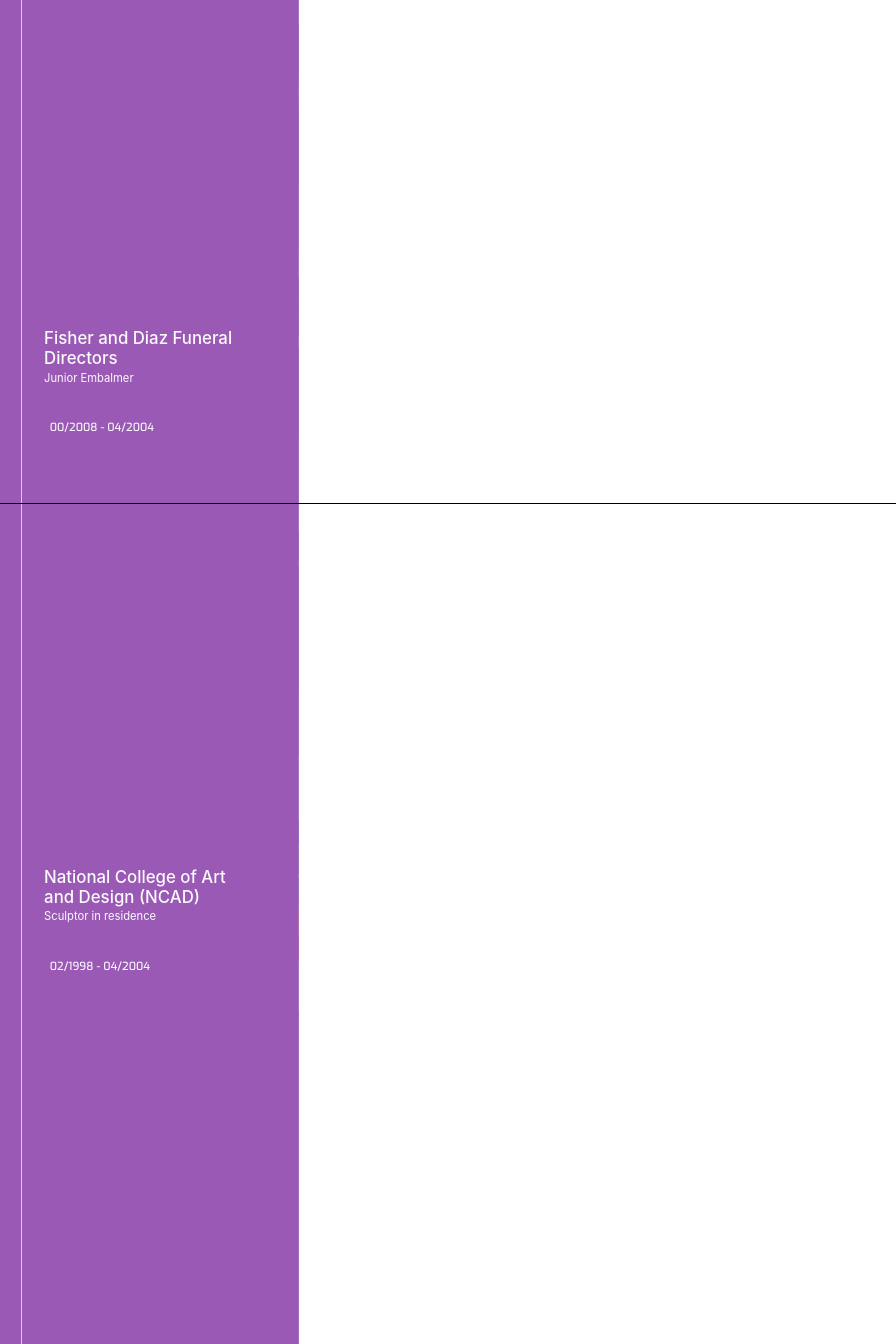
Repository: FirasH94/ResumeProject
Page: resume.html
The author's editor kept a record of every edit. The page is drawn from the files as they stood at one moment, then again after the next edit.
The browser window is 1280 px wide. The pictures show the part of the page from y = 1466 to 3386 px (the page is 3746 px tall), at 70% of full size.

Above is the page before.

### resume.html
<!DOCTYPE html>
<html lang="en">
<head>
    <meta charset="UTF-8">
    <meta name="viewport" content="width=device-width, initial-scale=1.0">
    <meta http-equiv="X-UA-Compatible" content="ie=edge">
    <link rel="stylesheet" href="https://stackpath.bootstrapcdn.com/bootstrap/4.3.1/css/bootstrap.min.css" type="text/css" />
    <link rel="stylesheet" href="https://stackpath.bootstrapcdn.com/font-awesome/4.7.0/css/font-awesome.min.css" type="text/css" />
    <link rel="stylesheet" href="https://cdnjs.cloudflare.com/ajax/libs/hover.css/2.3.1/css/hover-min.css" type="text/css" />
    <link rel="stylesheet" href="assets/css/style.css" type="text/css" />
    <title>Firas</title>
</head>
<body>
    <header>
        <div class="row no-gutters">
            <a href="index.html" class="col-md-4 logo">

            </a>
            <div class="col-md-8">
                <div class="row bg-color-name-title no-gutters">
                    <div class="col heading">
                        <h1 class="name">Firas Hazim</h1>
                        <h2 class="title">Full stack developer</h2>
                    </div>
                </div>
                <div class="row no-gutters">
                    <div class="col">
                        <ul id="nav" class="list-inline menucontainer">
                            <li class="col-6 col-sm-3 ui-menu-color-home list-inline-item menuitem hvr-sweep-to-bottom">
                                <a href="#"><i class="fa fa-home" aria-hidden="true"></i><span>Home</span></a>
                            </li>
                            <li class="col-6 col-sm-3 ui-menu-color-resume list-inline-item menuitem hvr-sweep-to-bottom">
                                <a href="#"><i class="fa fa-graduation-cap" aria-hidden="true"></i><span>Resume</span></a>
                            </li>
                            <li class="col-6 col-sm-3 ui-menu-color-contact list-inline-item menuitem hvr-sweep-to-bottom">
                                <a href="#"><i class="fa fa-comment-o" aria-hidden="true"></i><span>Contact</span></a>
                            </li>
                            <li class="col-6 col-sm-3 ui-menu-color-download list-inline-item menuitem hvr-sweep-to-bottom">
                                <a href="#"><i class="fa fa-download" aria-hidden="true"></i><span>Download</span></a>
                            </li>
                        </ul>
                    </div>
                </div>
            </div>
        </div>
    </header>
<section class="container-fluid">
        <div class="row">
            <div class="col-md-4 bg-color-work-history section-column">
                <div class="row">
                    <div class="col-12">
                        <h3 class="history-heading uppercase">
                            Work history
                        </h3>
                    </div>
                </div>
                    <div class="timeline-item" data-dates="02/1998 - 04/2004">
                        <h4>National College of Art and Design (NCAD)</h4>
                        <p>Sculptor in residence</p>
                        </div>
                        <div class="timeline-item" data-dates="04/2004 - 06/2008">
                            <h4>Fisher and Diaz Funeral Directors</h4>
                            <p>Junior Embalmer</p>
                        </div>
                        <div class="timeline-item" data-dates="00/2008 - 04/2004">
                            <h4>National College of Art and Design (NCAD)</h4>
                            <p>Sculptor in residence</p>
                        </div>
                        <div class="timeline-item" data-dates="02/1998 - 04/2004">
                            <h4>National College of Art and Design (NCAD)</h4>
                            <p>Sculptor in residence</p>
                        </div>
            </div>

            <div class="col-md-8 bg-color-three-reasons">
                <div class="row">
                    <div class="col">
                        <h3 class="section-heading uppercase">My Skills</h3>
                    </div>
                </div>
                <div class="row">
                    <div class="col-10 offset-1 offset-sm-0 col-sm-4 col-md-6">
                        <div class="row">
                            <div class="col-2">
                                <i class="three-reasons-icon fa fa-tv" aria-hidden="true"></i>
                            </div>
                            <div class="col-10">
                                <h4 class="three-reasons-heading uppercase">Front End</h4>
                                <p>
                                    I'm skilled in User Experience Design using the trinity of HTML/CSS/Javascript.
                                    I also have extensive experience in Front End Frameworks such as Angular and react.
                                </p>
                            </div>
                        </div>
                    </div>
                    <div class="col-10 offset-1 offset-sm-0 col-sm-4 col-md-6">
                        <div class="row">
                            <div class="col-2">
                                <i class="three-reasons-icon fa fa-gears" aria-hidden="true"></i>
                            </div>
                            <div class="col-10">
                                <h4 class="three-reasons-heading uppercase">Back End</h4>
                                <p>
                                   I specialsie in data-driven web applications. Many of my projects utilise document-based data.
                                   I use Python and Django in conjunction with MongoDB to process and present inforamtion.
                                </p>
                            </div>
                        </div>
                    </div>

                </div>
                <div class="row progress-section">
                    <div class="col">
                        <div class="progress">
                            <div class="progress-bar" role="progressbar" aria-valuenow="90" aria-valuemin="0"
                            aria-valuemax="100" style="width:90%;">
                                <span class="sr-only">90% Complete</span>
                            </div>
                            <span class="progress-type">HTMNL / HTML5</span>
                        </div>
                         <div class="progress">
                            <div class="progress-bar bg-success" role="progressbar" aria-valuenow="80" aria-valuemin="0"
                            aria-valuemax="100" style="width:80%;">
                                <span class="sr-only">80% Complete</span>
                            </div>
                            <span class="progress-type">CSS / CSS3</span>
                        </div>
                        <div class="progress">
                            <div class="progress-bar bg-info" role="progressbar" aria-valuenow="70" aria-valuemin="0"
                            aria-valuemax="100" style="width:70%;">
                                <span class="sr-only">70% Complete</span>
                            </div>
                            <span class="progress-type">JavaScript / jQuery</span>
                        </div>
                        <div class="progress">
                            <div class="progress-bar bg-warning" role="progressbar" aria-valuenow="80" aria-valuemin="0"
                            aria-valuemax="100" style="width:80%;">
                                <span class="sr-only">80% Complete</span>
                            </div>
                            <span class="progress-type">Django / Python</span>
                        </div>
                        <div class="progress">
                            <div class="progress-bar bg-danger" role="progressbar" aria-valuenow="80" aria-valuemin="0"
                            aria-valuemax="100" style="width:80%;">
                                <span class="sr-only">80% Complete</span>
                            </div>
                            <span class="progress-type">SQL / NoSQL</span>
                        </div>
                    </div>
                </div>
            </div>
        </div>

    </section>
    <footer class="container-fluid">
        <div id="footer-details" class="row">
            <div class="col-sm-4">
                <h5 class="uppercase general-sub">About</h5>
                <p class="inline-block">
                    Lorem ipsum dolor sit amet, consectetur adipisicing elit.
                    Veritatis quis harum, architecto, itaque nihil id at repellat et possimus! Quas.
                </p>
            </div>
            <div class="col-sm-4">
                <h5 class="uppercase general-sub">Download</h5>
                <p class="inline-block">
                    Need a printable version of my CV? Download it here
                    <a href="#" target="_blank" class="cv-pdf">
                        <i class="fa fa-download" aria-hidden="true"></i>
                        <span class="sr-only">Download link.</span>
                    </a>
                </p>
            </div>
            <div class="col-sm-4">
                <h5 class="uppercase general-sub">Social</h5>
                <ul class="list-inline social-links">
                    <li class="list-inline-item">
                        <a target="_blank" href="#">
                            <i class="fa fa-facebook" aria-hidden="true"></i>
                            <span class="sr-only">Facebook</span>
                        </a>
                    </li>
                                        <li class="list-inline-item">
                        <a target="_blank" href="#">
                            <i class="fa fa-twitter" aria-hidden="true"></i>
                            <span class="sr-only">Twitter</span>
                        </a>
                    </li>
                    <li class="list-inline-item">
                        <a target="_blank" href="#">
                            <i class="fa fa-linkedin" aria-hidden="true"></i>
                            <span class="sr-only">LinkedIn</span>
                        </a>
                    </li>
                    <li class="list-inline-item">
                        <a target="_blank" href="#">
                            <i class="fa fa-pinterest" aria-hidden="true"></i>
                            <span class="sr-only">Pinterest</span>
                        </a>
                    </li>
                    <li class="list-inline-item">
                        <a target="_blank" href="#">
                            <i class="fa fa-instagram" aria-hidden="true"></i>
                            <span class="sr-only">Instagram</span>
                        </a>
                    </li>
                    <li class="list-inline-item">
                        <a target="_blank" href="#">
                            <i class="fa fa-youtube" aria-hidden="true"></i>
                            <span class="sr-only">Youtube</span>
                        </a>
                    </li>
                </ul>
            </div>
        </div>

    </footer>
</body>
</html>

### assets/css/style.css
@import url('https://fonts.googleapis.com/css?family=Roboto:100,200,300,400,500,600,700|Exo:100,200,300,400,500,600,700');

.bg-color-name-title{
background-color:#676767;
}

.bg-color-three-reasons {
    background-color: #fff;
}

.bg-color-personal-info {

background-color: #f4f4f4;
}

.bg-color-work-history {
background-color: #9b59b6;
}

.ui-menu-color-home {
    background-color: #e67e22;
}

.ui-menu-color-resume {
    background-color: #9b59b6;
}

.ui-menu-color-contact {
    background-color: #3498db;
}

.ui-menu-color-download {
    background-color: #525252;
}

/* --------------------------------------Special paddings/margins/text */

h1,h2,h3,h4 {
    margin: 0;
}

.uppercase {
    text-transform: uppercase;
}

.general-sub {
    font-family: "Exo" , sans-serif;
    font-weight: 300;
    color: #fafafa;
}

.inline-block {
    display: inline-block;
}

.row-table {
    display: table;
}

.section-column {
    display: table-cell;
    padding: 0 30px 30px;
    float: none;
}

.history-heading,
.section-heading {
    font-family: "Exo", sans-serif;
    font-weight: 300;
    margin-top: 25px;
    margin-bottom: 40px;
}

/* --------------------------------------Heading */

header {
    margin:0;
}

.heading {
     margin-left: 50px;
}

.logo {
background: url("../images/profile_pic.jpg");
background-position: center;
background-repeat: no-repeat;
background-size: cover;
min-height: 360px;
transition: all .5s ease-in-out;
-moz-transition: all .5s ease-in-out;
-webkit-transition: all .5s ease-in-out;
}


.name {
    font-family: "Exo", sans-serif;
    font-weight: 100;
    font-size: 46px;
    margin-top: 50px;
    color: #fff;
}

.title {
    font-family: "Roboto", sans-serif;
    font-weight: 200;
    font-size: 28px;
    margin-top: 20px;
    margin-bottom: 90px;
    color: #fff;
}

.list-inline-item:not(:last-child){
    margin: 0;
}

.menucontainer {
    font-size: 0;
}

#nav {
    margin: 0;
}

#nav li {
    font-size: 14px;
    padding: 0;
}

.menuitem {
    height: 120px;
    text-align: center;
    padding: 0;
}

.menuitem a {
    width: 100%;
    text-decoration: none;
    color: #fff;
    height: 120px;
}

.menuitem a i {
    padding-top: 22px;
    display: block;
    color: #fafafa;
    font-size: 26px;
}

.menuitem span {
    display: block;
    width: 100%;
    padding-top: 5px;
    text-align: center;
    text-transform: uppercase;
    font-size: 14px;
    font-weight: 300;
    letter-spacing: 2px;
}

/* --------------------------Hover.css */

.hvr-sweep-to-bottom:before {
    background-color: rgba(0, 0, 0, 0.2);
    height: 120px;
}

/* --------------------------------------Footer */

footer {
    background-color: #525252;
    color: #fafafa;
    min-height: 120px;
    margin: 0;
}


.cv-pdf i {
    font-size: 18px;
    color: #fafafa;
    text-align: center;
    padding-left: 5px;
    transition: all 0.35s ease-in-out;
    -moz-transition: all 0.35s ease-in-out;
    -webkit-transition: all 0.35s ease-in-out;
    -o-transition: all 0.35s ease-in-out;
}

.cv-pdf i:hover {
    color: #e84610;
}

.social-links {
    padding-bottom: 15px;
}

.social-links li a i {
    width: 32px;
    height: 32px;
    padding: 12px 0;
    border-radius: 50%;
    font-size: 13px;
    line-height: 7px;
    text-align: center;
    color: #fafafa;
    background: #8f8f8f;
    transition: all 0.35s ease-in-out;
    -moz-transition: all 0.35s ease-in-out;
    -webkit-transition: all 0.35s ease-in-out;
    -o-transition: all 0.35s ease-in-out;
}

.social-links li a i:hover {
    background:#e84610;
}

#footer-details {
    padding: 20px;
}

/* --------------------------------------Three reasons */

.three-reasons-icon {
    font-size: 20px;
    color: #e67e22;
}

.three-reasons-heading {
    margin-bottom: 15px;
}

/* --------------------------------------Personal Info */

.personal-info-item {
    margin-bottom: 20px;
    display: block;
    clear: both;
}

.personal-info-item .key,
.personal-info-item .value {
    padding-right: 8px;
    display: inline-block;
}

.personal-info-item .key p,
.personal-info-item .value p {
    margin: 0;
}

.personal-info-item .key {
    width: 30%;
    margin-right: 21px;
    padding-top: 2px;
    vertical-align: top;
}

.personal-info-item .key p {
    font-weight: 700;
}

.personal-info-item .value {
    position: relative;
    width: 60%;
}

/* --------------------------------------Skills */

.progress{
position:relative;
height: 25px;
margin-bottom: 4px;

}

.progress-type {
    position: absolute;
    left: 0;
    font-weight: 400;
    padding: 3px 30px 2px 10px;
    color: #fafafa;
    background-color: rgba(25, 25, 25, 0.2);
}

.progress-section {
    margin: 40px 20px;
}

/* --------------------------------------Work History */

.history-heading {
    color: #fafafa;
    margin-bottom: 50px;
}

.timeline-item {
    padding: 43em 2em 0em 2em;
    position: relative;
    color: #fafafa;
    border-left: 1px solid;
}

.timeline-item p {
    padding: 0;
    margin: 0;
}

.timeline-item:before {
    content: attr(data-dates);
    position: absolute;
    left: 2.5em;
    top: 3em;
    display: block;
    font-family: "Exo" , sans-serif;
    font-weight: 500;
    font-size:  0.8 em;
    padding: 0;
    margin: 0;
}

After the next edit:
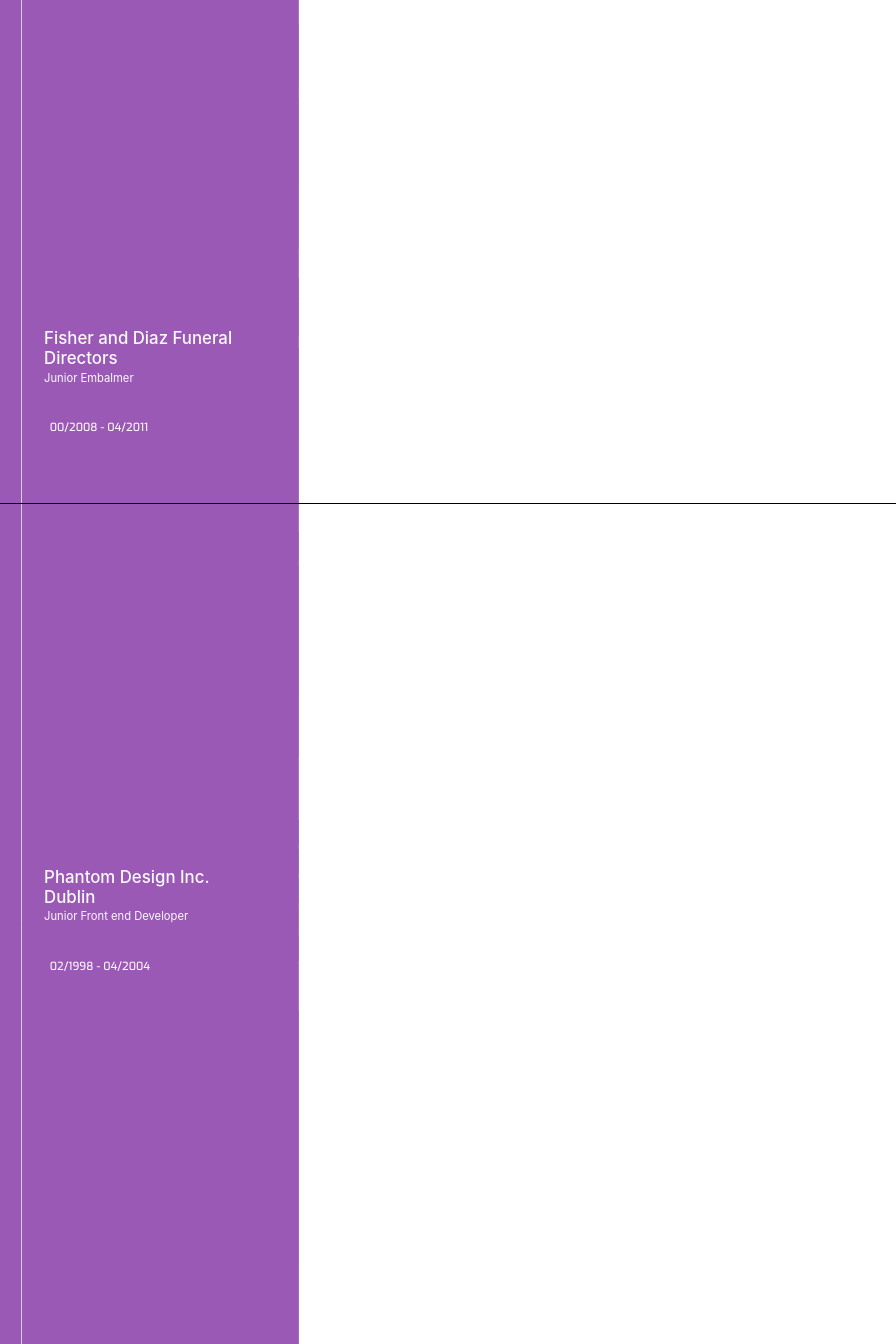
The edit:
--- a/resume.html
+++ b/resume.html
@@ -62,9 +62,9 @@
                             <h4>Fisher and Diaz Funeral Directors</h4>
                             <p>Junior Embalmer</p>
                         </div>
-                        <div class="timeline-item" data-dates="00/2008 - 04/2004">
-                            <h4>National College of Art and Design (NCAD)</h4>
-                            <p>Sculptor in residence</p>
+                        <div class="timeline-item" data-dates="00/2008 - 04/2011">
+                            <h4>Phantom Design Inc. Dublin</h4>
+                            <p>Junior Front end Developer</p>
                         </div>
                         <div class="timeline-item" data-dates="02/1998 - 04/2004">
                             <h4>National College of Art and Design (NCAD)</h4>
